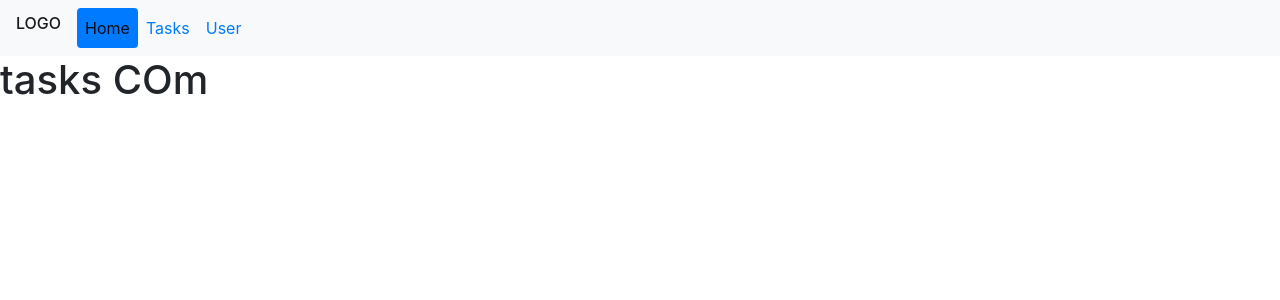
Repository: lalji-yadav/Nimapinfotech-demo-project
Page: /tasks
The author's editor kept a copy of each file at every save. The page is drawn from the files as they stood at one save, then again after the next save.
The browser window is 1280 px wide. The pictures show the whole page.
The project was rebuilt for these pictures with package versions that can differ from the ones it lists, and the page was loaded fresh each time. Also part of the build but not shown: src/App.css, src/components/Home.js, src/components/Users.js, src/components/Login.js.

Above is the page before, as saved 2021-01-17 17:10:15.

### src/App.js
import './App.css';
import Navbar from "./components/Navbars";
import Login from "./components/Login";


function App() {
  return (
    <div>

    {/* <Login /> */}
    <Navbar />
    </div>
  );
}

export default App;

### src/components/Navbars.js
import React from 'react';
import { Navbar,Nav,NavDropdown,Form,FormControl ,Button } from 'react-bootstrap';
import {
  BrowserRouter as Router,
  Switch,
  Route,
  Link
} from "react-router-dom";

import Home from "./Home";
import Tasks from "./Tasks";
import User from "./Users";
import Login from "./Login";


const Navbars=()=> {
        return (
            <div>

              <Router>
                  <Navbar bg="light" expand="lg">
                      <Navbar.Brand> <h6>LOGO</h6></Navbar.Brand>
                      <Navbar.Toggle aria-controls="basic-navbar-nav" />
                      <Navbar.Collapse id="basic-navbar-nav">
                      <Nav variant="pills" defaultActiveKey="/">
                        <Nav.Item>
                          <Nav.Link href="/">Home </Nav.Link>
                        </Nav.Item>
                        <Nav.Item>
                          <Nav.Link eventKey="link-1"> <Link to="/tasks"> Tasks </Link> </Nav.Link>
                        </Nav.Item>
                        <Nav.Item>
                          <Nav.Link eventKey="link-2">
                          <Link to="/user"> User </Link>
                          </Nav.Link>
                        </Nav.Item>
                      </Nav>
                      </Navbar.Collapse>
                    </Navbar>


                    <Switch>
                      <Route exact path="/" component={Home} />

                      <Route exact path="/user" component={User} />

                      <Route exact path="/tasks" component={Tasks} />

                      <Route exact path="/login" component={Login} />

                    </Switch>
             </Router>

            </div>
        );
    }

export default Navbars;

### src/components/Tasks.js
import React from 'react';

const Tasks=()=> {

        return (
            <div>
                <h1>tasks COm</h1>
            </div>
        );
    }

export default Tasks;

Loaded but not shown: public/index.html (common file); src/index.js (common file); src/index.css (common file); src/reportWebVitals.js (common file); src/App.css (no copy from this time; the picture is the same without it)

After the next save:
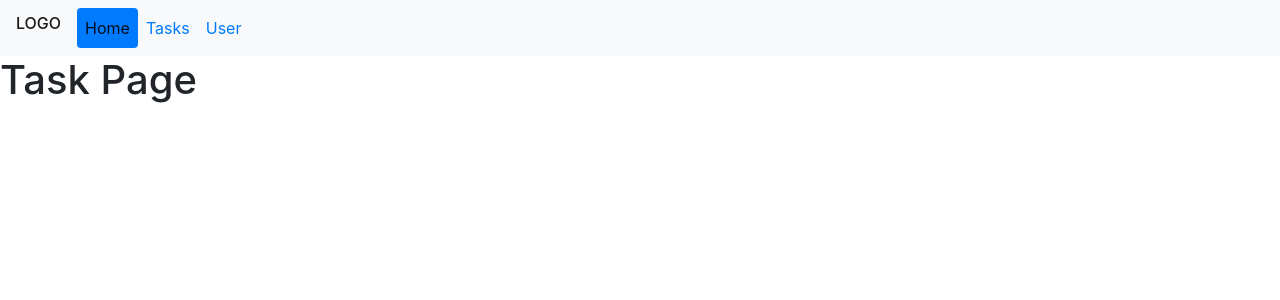
Saved 3 min 47 s later.
--- a/src/components/Tasks.js
+++ b/src/components/Tasks.js
@@ -4,7 +4,7 @@ const Tasks=()=> {
 
         return (
             <div>
-                <h1>tasks COm</h1>
+                <h1>Task Page</h1>
             </div>
         );
     }
